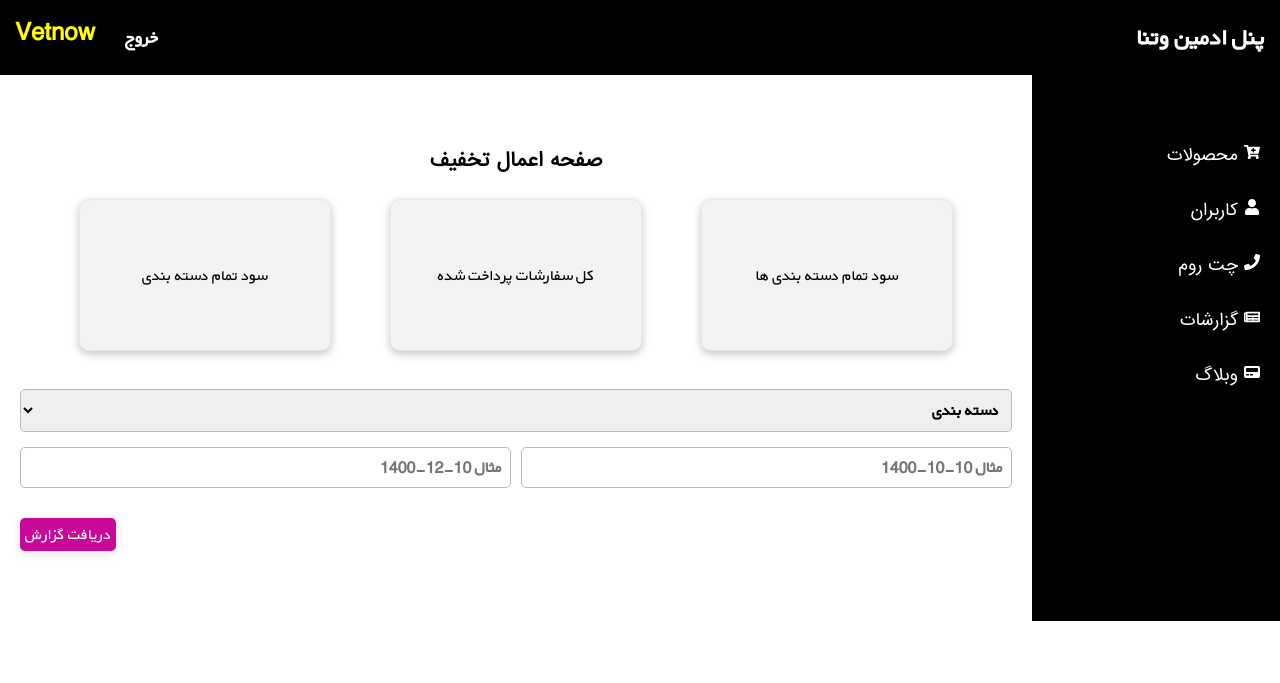
Repository: farhanahmadi/Vetnow
Page: /Reports
These files come from the project's save history. The page is drawn as it stood at one moment and after the next save; the edit follows.
The browser window is 1280 px wide. The pictures show the whole page.
The page's requests for data from a server got no answer. The project was rebuilt for these pictures with package versions that can differ from the ones it lists, and the page was loaded fresh each time. No one was signed in, and anything a server would have sent is missing. Also part of the build but not shown: src/components/AdminProduct.js, src/components/AddProduct.js, src/components/View.js, src/components/EditProduct.js, src/components/Users.js, src/components/AddUser.js, src/components/EditUser.js, src/components/EditView.js and 7 more.

Above is the page before, as saved 2022-01-25 00:46:39.

After the next save:
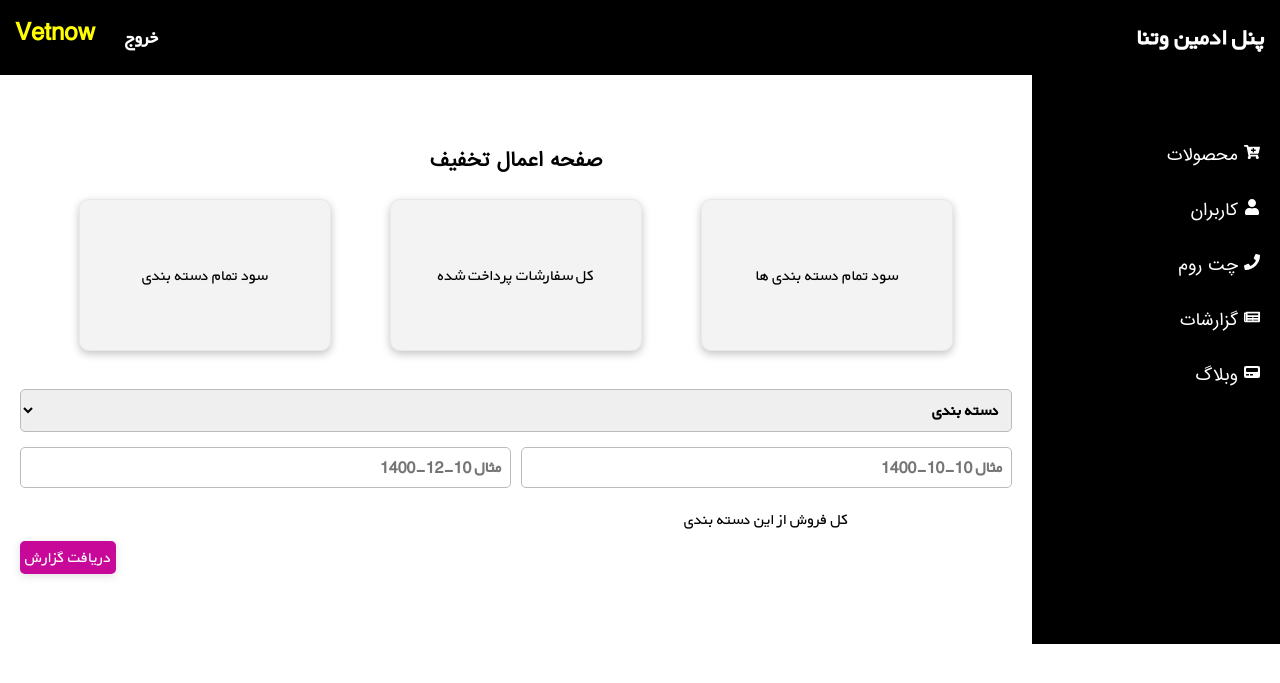
Saved 7 s later.
--- a/src/components/Report/Reports.js
+++ b/src/components/Report/Reports.js
@@ -86,7 +86,7 @@ export default function Reports() {
                 <section className={styles.inputs} dir='rtl'>
                     <input type="text" value={data.startDate} placeholder="مثال 10-10-1400" name="startDate" onChange={inputsHandler} />
                     <input type="text" value={data.endDate} placeholder="مثال 10-12-1400" name="endDate" onChange={inputsHandler} />
-                    <p></p>
+                    <p> کل فروش از این دسته بندی </p>
                     <p></p>
                 </section>
                 <input type="submit" className={styles.submitBtn} value="دریافت گزارش" />
